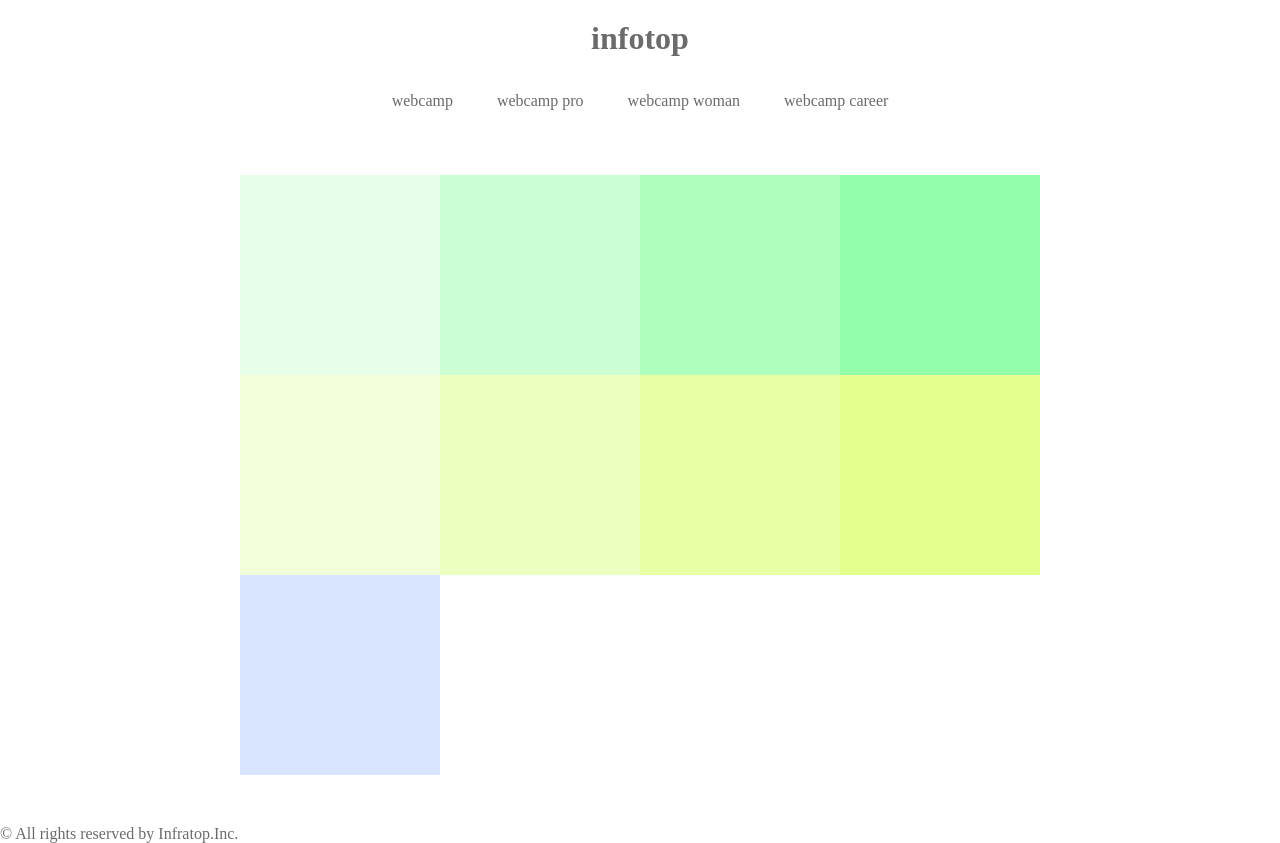
Repository: decknoboh/exercise1-8
Page: exercise1-5/index.html
The author's editor kept a record of every edit. The page is drawn from the files as they stood at one moment, then again after the next edit.
The browser window is 1280 px wide. The pictures show the whole page.

Above is the page before.

### exercise1-5/index.html
<!DOCTYPE html>
<html lang="ja">
  <head>
    <meta charset="utf-8" />
    <link rel="stylesheet" href="style.css" />
    <title>infratop</title>
  </head>

  <body>
    <header>
      <h1>
        <a href="index.html">
          infotop
        </a>
      </h1>
    </header>
    <nav>
    <ul class="nav-list">
      <li class="nav-list-item">
        <a href="index.html">webcamp</a>
      </li>
      <li class="nav-list-item">
        <a href="index.html">webcamp pro</a>
      </li>
      <li class="nav-list-item">
        <a href="index.html">webcamp woman</a>
      </li>
      <li class="nav-list-item">
        <a href="index.html">webcamp career</a>
      </li>
    </ul>
    </nav>
    <div class="main">
      <div class="box1"></div>
      <div class="box2"></div>
      <div class="box3"></div>
      <div class="box4"></div>
      <div class="box5"></div>
      <div class="box6"></div>
      <div class="box7"></div>
      <div class="box8"></div>
      <div class="box9"></div>
      <div class="box10"></div>
      <div class="box11"></div>
      <div class="box12"></div>
    </div>
    <footer>
      <p class="footer-text">© All rights reserved by Infratop.Inc.</p>
    </footer>
  </body>
</html>

### exercise1-5/style.css
*{
  margin: 0;
  padding: 0;
  box-sizing: border-box;
  color: #6c6b6b;
}

a{
  text-decoration: none;
}

header{
  width: 100%;
  padding: 20px 0;
  text-align: center;
}

.nav-list{
  text-align: center;
  padding: 15px 0;
  margin: 0 auto;
}

.nav-list-item{
  list-style: none;
  display: inline-block;
  margin: 0 20px;
}

.main{
  width: 800px;
  margin: 50px auto;
  display: flex;
  flex-wrap: wrap;
}

.box1{
  width: 200px;
  height: 200px;
  background-color: #e6ffe9;
}

.box2{
  width: 200px;
  height: 200px;
  background-color: #cbffd3;
}

.box3{
  width: 200px;
  height: 200px;
  background-color: #aeffbd;
}

.box4{
  width: 200px;
  height: 200px;
  background-color: #93ffab;
}

.box5{
  width: 200px;
  height: 200px;
  background-color: #f3ffd8;
}

.box6{
  width: 200px;
  height: 200px;
  background-color: #edffbe;
}

.box7{
  width: 200px;
  height: 200px;
  background-color: #e9ffa5;
}

.box8{
  width: 200px;
  height: 200px;
  background-color: #e4ff8d;
}

.box9{
  width: 200px;
  height: 200px;
  background-color: #d9e5ff;
}

.box10{
  width: 200px;
  height: 200px;
  background-color:
}

.box11{
  width: 200px;
  height: 200px;
  background-color:
}

.box12{
  width: 200px;
  height: 200px;
  background-color:
}

After the next edit:
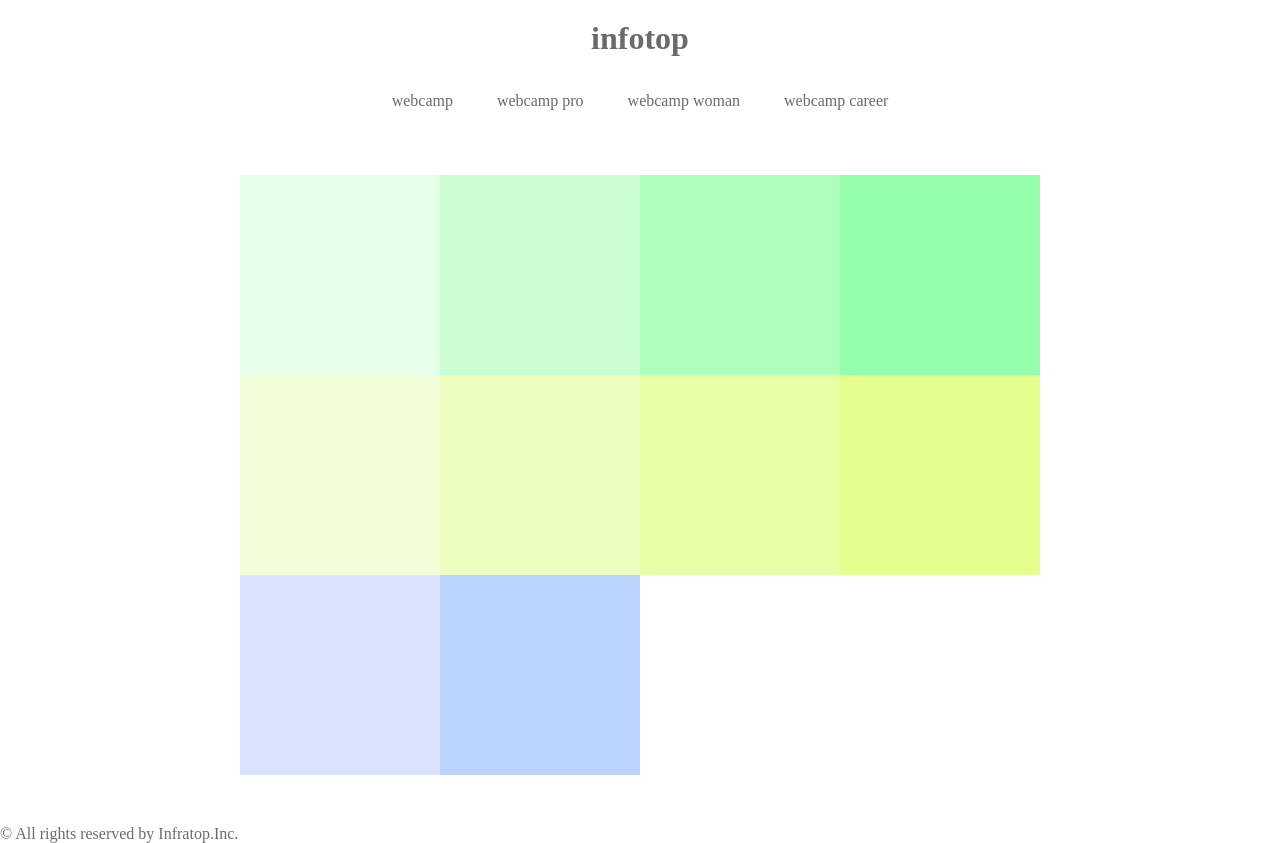
The edit:
--- a/exercise1-5/style.css
+++ b/exercise1-5/style.css
@@ -91,7 +91,7 @@
 .box10{
   width: 200px;
   height: 200px;
-  background-color:
+  background-color: #bad3ff;
 }
 
 .box11{
